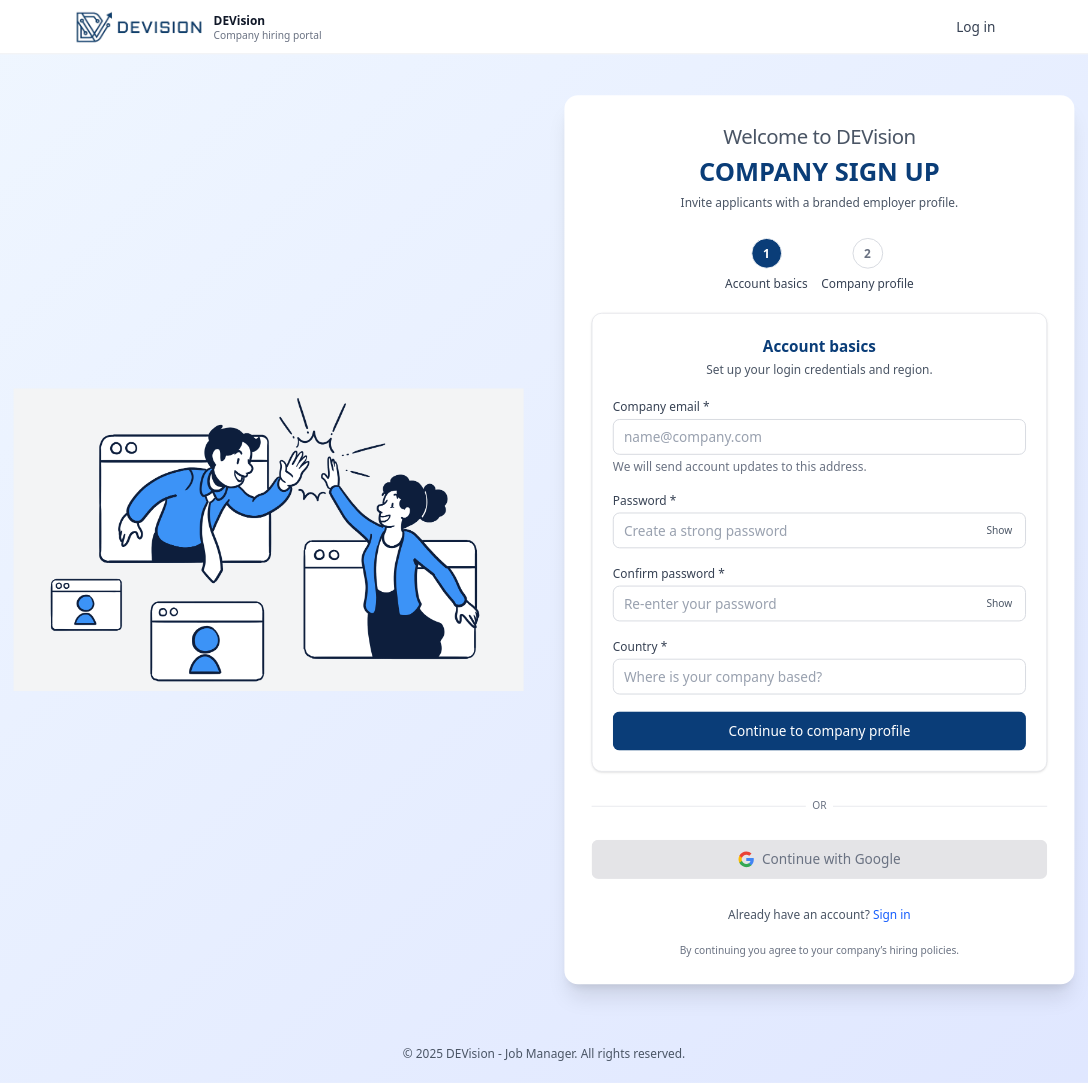
Repository: ISYS3461-2025C-Mulan-DEVision/JobManager_FE
Page: /register
The author's editor kept a copy of each file at every save. The page is drawn from the files as they stood at one save, then again after the next save.
The browser window is 1280 px wide. The pictures show the whole page, at 85% of full size.
The page's requests for data from a server got no answer. The project was rebuilt for these pictures with package versions that can differ from the ones it lists, and the page was loaded fresh each time. No one was signed in, and anything a server would have sent is missing. Also part of the build but not shown: vite.config.js, src/components/ui/Card/Card.tsx, src/components/ui/Spinner/Spinner.tsx, src/components/ui/Alert/Alert.tsx, src/pages/Home.tsx, src/components/headless/Table/Table.tsx, src/components/headless/Modal/Modal.tsx, src/components/feature/Authentication/CompanyLogin/CompanyLoginForm.tsx and 4 more.

Above is the page before, as saved 2025-12-12 16:45:48.

### index.html
<!doctype html>
<html lang="en">
  <head>
    <meta charset="UTF-8" />
    <link rel="icon" type="image/svg+xml" href="/logo/logo-icon.png" />
    <meta name="viewport" content="width=device-width, initial-scale=1.0" />
    <title>jobmanager-fe</title>
  </head>
  <body>
    <div id="root"></div>
    <script type="module" src="/src/main.jsx"></script>
  </body>
</html>

### src/main.tsx
import React, { StrictMode } from "react";
import { createRoot } from "react-dom/client";
import "./index.css";
import { BrowserRouter } from "react-router-dom";
import App from "./App.js";
import { Provider } from "react-redux";
import store from "./store/index.js";

const container = document.getElementById("root")!;
if (!container) {
    throw new Error("Root container not found");
} else {
    createRoot(container).render(
        <StrictMode>
            <Provider store={store}>
                <BrowserRouter>
                    <App />
                </BrowserRouter>
            </Provider>
        </StrictMode>,
    );
}

### src/index.css
@import "tailwindcss";

@theme {
  --color-heading: #0A3D78;
  --color-dark-blue: #1E293B;
  --color-background: #F8FAFC;
  --color-filled-button: #0A3D78;
}

html,
body {
    height: 100%;
}

:root {
    font-family: system-ui, -apple-system, Segoe UI, Roboto, Helvetica, Arial, sans-serif;
    line-height: 1.5;
    font-weight: 400;
    font-synthesis: none;
    text-rendering: optimizeLegibility;
    -webkit-font-smoothing: antialiased;
    -moz-osx-font-smoothing: grayscale;
}

body {
    margin: 0;
    min-width: 320px;
    min-height: 100vh;
    background: var(--color-background-color);
    color: #0f172a;
}


/* button {
    border-radius: 8px;
    border: 1px solid transparent;
    padding: 0.6em 1.2em;
    font-size: 1em;
    font-weight: 500;
    font-family: inherit;
    background-color: #1a1a1a;
    cursor: pointer;
    transition: border-color 0.25s;
}
button:hover {
    border-color: #646cff;
}
button:focus,
button:focus-visible {
    outline: 4px auto -webkit-focus-ring-color;
} */

### src/App.tsx
import { Routes, Route } from "react-router-dom";
import Home from "./pages/Home";
import LoginPage from "./pages/LoginPage";
import RegistrationPage from "./pages/RegistrationPage";
import AppHeader from "./components/common/AppHeader";

function App() {
    return (
        <div className="min-h-screen bg-background">
            <AppHeader />
            <main>
                <Routes>
                    <Route path="/" element={<Home />} />
                    <Route path="/login" element={<LoginPage />} />
                    <Route path="/register" element={<RegistrationPage />} />
                </Routes>
            </main>
        </div>
    );
}

export default App;

### src/store/index.ts
import configureStore from "./configureStore";
const store = configureStore();
export default store;

### src/pages/RegistrationPage.tsx
import React from "react";
import { CompanySignup } from "../components/feature/Authentication/CompanySignup";
import AuthLayout from "../layout/AuthLayout";

export default function RegistrationPage() {
    return (
        <AuthLayout
            sideContent={
                <div className="flex w-full items-center justify-center">
                    <img
                        src="/auth/background-login-left.png"
                        alt="Professionals collaborating during onboarding"
                        className="max-h-[600px] w-full object-contain"
                    />
                </div>
            }
        >
            <CompanySignup />
        </AuthLayout>
    );
}

### src/components/common/AppHeader.tsx
import { Link, useLocation } from "react-router-dom";
import { Button } from "../ui";

type AppHeaderProps = {
    className?: string;
};

export default function AppHeader({ className }: AppHeaderProps) {
    const location = useLocation();

    const pathname = location.pathname;
    const onLogin = pathname === "/login";
    const onRegister = pathname === "/register";

    return (
        <header className={className ?? ""}>
            <div className="h-16 border-b border-gray-200 bg-white">
                <div className="mx-auto flex h-full max-w-6xl items-center justify-between px-6">
                    <Link to="/" className="flex items-center gap-3">
                        <img src="/logo/logo.png" alt="DEVision" className="h-9 w-auto" />
                        <div className="leading-tight">
                            <div className="text-sm font-semibold text-gray-900">DEVision</div>
                            <div className="text-xs text-gray-500">Company hiring portal</div>
                        </div>
                    </Link>

                    <nav className="flex items-center gap-3">
                        {!onLogin && (
                            <Link to="/login" className="inline-flex">
                                <Button variant="ghost">Log in</Button>
                            </Link>
                        )}
                        {!onRegister && (
                            <Link to="/register" className="inline-flex">
                                <Button>Get started</Button>
                            </Link>
                        )}
                    </nav>
                </div>
            </div>
        </header>
    );
}

### src/store/configureStore.ts
import { createStore, applyMiddleware, Store } from "redux";
import { createLogger } from "redux-logger";
import createSagaMiddleware from "redux-saga";
import { enableBatching } from "redux-batched-actions";
import createReducer from "./reducers";
import rootSaga from "./saga";

const configureStore = (initialState = {}): Store => {
    const rootReducer = createReducer();
    const sagaMiddleware = createSagaMiddleware();

    const middlewares = [sagaMiddleware];

    const isDev = import.meta.env.VITE_NODE_ENV === "development";

    if (isDev) {
        const loggerMiddleware = createLogger({
            collapsed: () => true,
        });
        (middlewares as any[]).push(loggerMiddleware);
    }

    const store = createStore(
        enableBatching(rootReducer),
        initialState,
        applyMiddleware(...middlewares),
    );

    sagaMiddleware.run(rootSaga);

    return store;
};

export default configureStore;

### src/components/ui/index.ts
// UI Components - Presentational components with styling
export * from "./Button";
export * from "./Input";
export * from "./Card";
export * from "./Spinner";
export * from "./Alert";
export * from "./GoogleLogo";

### src/layout/AuthLayout.tsx
import clsx from 'clsx';
import { ReactNode } from 'react';

interface AuthLayoutProps {
    children: ReactNode;
    sideContent?: ReactNode;
}

const AuthLayout = ({ children, sideContent }: AuthLayoutProps) => {
    const showSplitLayout = Boolean(sideContent);

    return (
        <div className="min-h-[calc(100vh-4rem)] flex flex-col bg-gradient-to-br from-blue-50 to-indigo-100">
            <main
                className={clsx(
                    'flex-1 flex px-4 py-12 items-center justify-center',
                    showSplitLayout && 'md:justify-between md:gap-12'
                )}
            >
                {showSplitLayout && (
                    <div className="hidden md:flex w-full md:w-1/2 items-center justify-start">
                        {sideContent}
                    </div>
                )}

                <div
                    className={clsx(
                        'flex w-full items-center',
                        showSplitLayout ? 'md:w-1/2 justify-end' : 'justify-center'
                    )}
                >
                    <div
                        className={clsx(
                            'w-full max-w-xl',
                            showSplitLayout && 'md:max-w-none'
                        )}
                    >
                        <div className="bg-white rounded-2xl shadow-xl p-8">
                            {children}
                        </div>
                    </div>
                </div>
            </main>

            <footer className="py-6 px-4">
                <div className="max-w-md mx-auto text-center">
                    <p className="text-sm text-gray-600">
                        © {new Date().getFullYear()} DEVision - Job Manager. All rights reserved.
                    </p>
                </div>
            </footer>
        </div>
    );
};

export default AuthLayout;

### src/components/feature/Authentication/CompanySignup/index.ts
export { CompanySignup } from "./CompanySignup.tsx";
export { CompanySignupForm } from "./CompanySignupForm.tsx";
export type { SignupPayload, SignupResponse, AuthError, SignupMethod } from "./types";

### src/store/reducers.ts
import { combineReducers } from "redux";
import { reducers } from "../redux";
import _ from "lodash";

const appReducer = combineReducers(reducers);
export default function createReducer() {
    const rootReducer = (state, action) => {
        if (action.type === "FORCE_UPDATE_GLOBAL_STATE") {
            return appReducer(_.cloneDeep(action.payload), action as never);
        }
        return appReducer(state, action as never);
    };

    return rootReducer;
}

### src/store/saga.ts
import { all, fork } from "redux-saga/effects";
import { sagas } from "../redux";

export default function* rootSaga() {
    yield all([...Object.values(sagas)].map(fork));
}

### src/components/ui/Button/index.ts
export { Button } from "./Button";
export type { ButtonProps } from "./Button";

### src/components/ui/Input/index.ts
export { Input } from "./Input";
export type { InputProps } from "./Input";

### src/components/ui/Card/index.ts
export { Card, CardHeader, CardBody, CardFooter } from "./Card";
export type { CardProps } from "./Card";

### src/components/ui/Spinner/index.ts
export { Spinner } from "./Spinner";
export type { SpinnerProps } from "./Spinner";

### src/components/ui/Alert/index.ts
export { Alert } from "./Alert";
export type { AlertProps } from "./Alert";

### src/components/ui/GoogleLogo/index.ts
export { GoogleLogo } from "./GoogleLogo";
export type { GoogleLogoProps } from "./GoogleLogo";

### src/components/feature/Authentication/CompanySignup/CompanySignup.tsx
import React from "react";
import { HeadlessForm } from "@/components/headless";
import { CompanySignupForm } from "./CompanySignupForm.tsx";
import { useCompanySignup } from "./hooks/useCompanySignup";
import { SignupPayload } from "./types";
import { validateSignupForm } from "./validation.ts";

export const CompanySignup: React.FC = () => {
    const { signup, isLoading, error } = useCompanySignup();
    const initialValues: SignupPayload = {
        email: "",
        password: "",
        confirmPassword: "",
        country: "",
        companyName: "",
        phoneNumber: "",
        address: "",
        companyLogo: null,
        signupMethod: "credentials",
    };

    return (
        <HeadlessForm<SignupPayload>
            initialValues={initialValues}
            onSubmit={signup}
            validate={validateSignupForm}
            className="w-full"
        >
            {(formProps) => (
                <CompanySignupForm
                    {...formProps}
                    isLoading={isLoading}
                    error={error}
                />
            )}
        </HeadlessForm>
    );
};

### src/redux/index.ts
const loadModules = (modules: Record<string, any>, hasDefault = false) =>
    Object.entries(modules).map(([path, mod]) => {
        const parts = path.split("/");
        return {
            name: parts.at(-1)!.replace(".js", "").toUpperCase(),
            key: parts.at(-2)!,
            data: hasDefault ? mod.default : mod,
        };
    });

const rawActions = loadModules(
    import.meta.glob("./**/actions.ts", { eager: true }),
    true,
);

const rawTypes = loadModules(
    import.meta.glob("./**/types.ts", { eager: true }),
    false,
);

const rawReducers = loadModules(
    import.meta.glob("./**/reducer.ts", { eager: true }),
    true,
);

const rawSagas = loadModules(
    import.meta.glob("./**/saga.ts", { eager: true }),
    false,
);

// Final exports
export const actions = rawActions.reduce((p, e) => ({ ...p, ...e.data }), {});
export const types = rawTypes.reduce((p, e) => ({ ...p, ...e.data }), {});
export const reducers = rawReducers.reduce(
    (p, e) => ({ ...p, [e.key]: e.data }),
    {},
);
export const sagas = rawSagas.reduce((p, e) => ({ ...p, ...e.data }), {});

### src/components/ui/GoogleLogo/GoogleLogo.tsx
import React from "react";
import clsx from "clsx";

export interface GoogleLogoProps {
    size?: "sm" | "md" | "lg";
    className?: string;
}

export const GoogleLogo: React.FC<GoogleLogoProps> = ({
    size = "md",
    className,
}) => {
    const sizeClasses = {
        sm: "w-4 h-4",
        md: "w-5 h-5",
        lg: "w-6 h-6",
    };

    return (
        <svg
            className={clsx(sizeClasses[size], className)}
            viewBox="0 0 24 24"
            xmlns="http://www.w3.org/2000/svg"
        >
            <path
                d="M22.56 12.25c0-.78-.07-1.53-.2-2.25H12v4.26h5.92c-.26 1.37-1.04 2.53-2.21 3.31v2.77h3.57c2.08-1.92 3.28-4.74 3.28-8.09z"
                fill="#4285F4"
            />
            <path
                d="M12 23c2.97 0 5.46-.98 7.28-2.66l-3.57-2.77c-.98.66-2.23 1.06-3.71 1.06-2.86 0-5.29-1.93-6.16-4.53H2.18v2.84C3.99 20.53 7.7 23 12 23z"
                fill="#34A853"
            />
            <path
                d="M5.84 14.09c-.22-.66-.35-1.36-.35-2.09s.13-1.43.35-2.09V7.07H2.18C1.43 8.55 1 10.22 1 12s.43 3.45 1.18 4.93l2.85-2.22.81-.62z"
                fill="#FBBC05"
            />
            <path
                d="M12 5.38c1.62 0 3.06.56 4.21 1.64l3.15-3.15C17.45 2.09 14.97 1 12 1 7.7 1 3.99 3.47 2.18 7.07l3.66 2.84c.87-2.6 3.3-4.53 6.16-4.53z"
                fill="#EA4335"
            />
        </svg>
    );
};

### src/components/headless/index.ts
// Headless Components - Logic without UI
export { HeadlessForm } from "./Form";
export { HeadlessTable } from "./Table";
export { useTable } from "./Table/useTable";
export { HeadlessModal } from "./Modal";

// Types
export * from "./types";
export type { TableColumn } from "./Table/useTable";

### src/components/feature/Authentication/CompanySignup/hooks/useCompanySignup.ts
import { useState } from "react";
import AuthService, { SignupPayload } from "../../api/AuthService.ts";

export const useCompanySignup = () => {
    const [isLoading, setIsLoading] = useState(false);
    const [error, setError] = useState<string | null>(null);

    const signup = async (formData: SignupPayload) => {
        setIsLoading(true);
        setError(null);

        try {
            await AuthService.signupCompany(formData);
            // Handle success (e.g., redirect, store token)
            console.log("Signup successful");
        } catch (err) {
            setError("Failed to sign up. Please try again.");
            console.error(err);
        } finally {
            setIsLoading(false);
        }
    };

    return {
        signup,
        isLoading,
        error,
    };
};

### src/redux/app/actions.ts
import * as types from "./type";

const setLoading = (payload: boolean) => ({ type: types.SET_LOADING, payload });
const setError = (payload: string | null) => ({
    type: types.SET_ERROR,
    payload,
});
const setInitialized = (payload: boolean) => ({
    type: types.SET_INITIALIZED,
    payload,
});
const reset = () => ({ type: types.RESET });

const toggleLoadingAsync = (payload: boolean) => ({
    type: types.TOGGLE_LOADING_ASYNC,
    payload,
});

export default {
    setLoading,
    setError,
    setInitialized,
    reset,
    toggleLoadingAsync,
};

### src/redux/app/reducer.ts
import * as types from "./type";
export interface AppState {
    loading: boolean;
    error: string | null;
    initialized?: boolean;
    test: string;
}

const INITIAL_STATE: AppState = {
    loading: true,
    error: null,
    initialized: false,
    test: "test",
};

type Action = { type: string; payload?: any };

export default function appReducer(
    state: AppState = INITIAL_STATE,
    action: Action,
): AppState {
    switch (action.type) {
        case types.SET_LOADING:
            return { ...state, loading: !!action.payload };
        case types.SET_ERROR:
            return { ...state, error: action.payload ?? null, loading: false };
        case types.SET_INITIALIZED:
            return { ...state, initialized: !!action.payload };
        case types.RESET:
            return { ...INITIAL_STATE };
        default:
            return state;
    }
}

### src/redux/app/saga.ts
import { takeEvery, put, delay } from "redux-saga/effects";
import * as types from "./type";
import actions from "./actions";

function* handleToggleLoading(action: any) {
    yield delay(300);
    yield put(actions.setLoading(action.payload));
}

export function* watchToggleLoading() {
    yield takeEvery(types.TOGGLE_LOADING_ASYNC, handleToggleLoading);
}

### src/components/headless/Form/index.ts
export { HeadlessForm } from "./Form";

### src/components/headless/Table/index.ts
export { HeadlessTable } from "./Table";
export { useTable } from "./useTable";
export type { TableColumn } from "./useTable";

### src/components/headless/Modal/index.ts
export { HeadlessModal } from "./Modal";

### src/redux/app/type.ts
const prefix = "APP/";

export const SET_LOADING = `${prefix}SET_LOADING`;
export const SET_ERROR = `${prefix}SET_ERROR`;
export const SET_INITIALIZED = `${prefix}SET_INITIALIZED`;
export const RESET = `${prefix}RESET`;

// test async action
export const TOGGLE_LOADING_ASYNC = `${prefix}TOGGLE_LOADING_ASYNC`;

Loaded but not shown: src/components/feature/Authentication/CompanySignup/CompanySignupForm.tsx (688 lines, source omitted); src/components/ui/Button/Button.tsx (81 lines, source omitted); src/components/headless/Form/Form.tsx (93 lines, source omitted); src/components/ui/Input/Input.tsx (62 lines, source omitted); src/components/feature/Authentication/CompanySignup/validation.ts (70 lines, source omitted); src/components/headless/types.ts (71 lines, source omitted); src/components/feature/Authentication/api/AuthService.ts (65 lines, source omitted); src/components/headless/Table/useTable.ts (76 lines, source omitted)

After the next save:
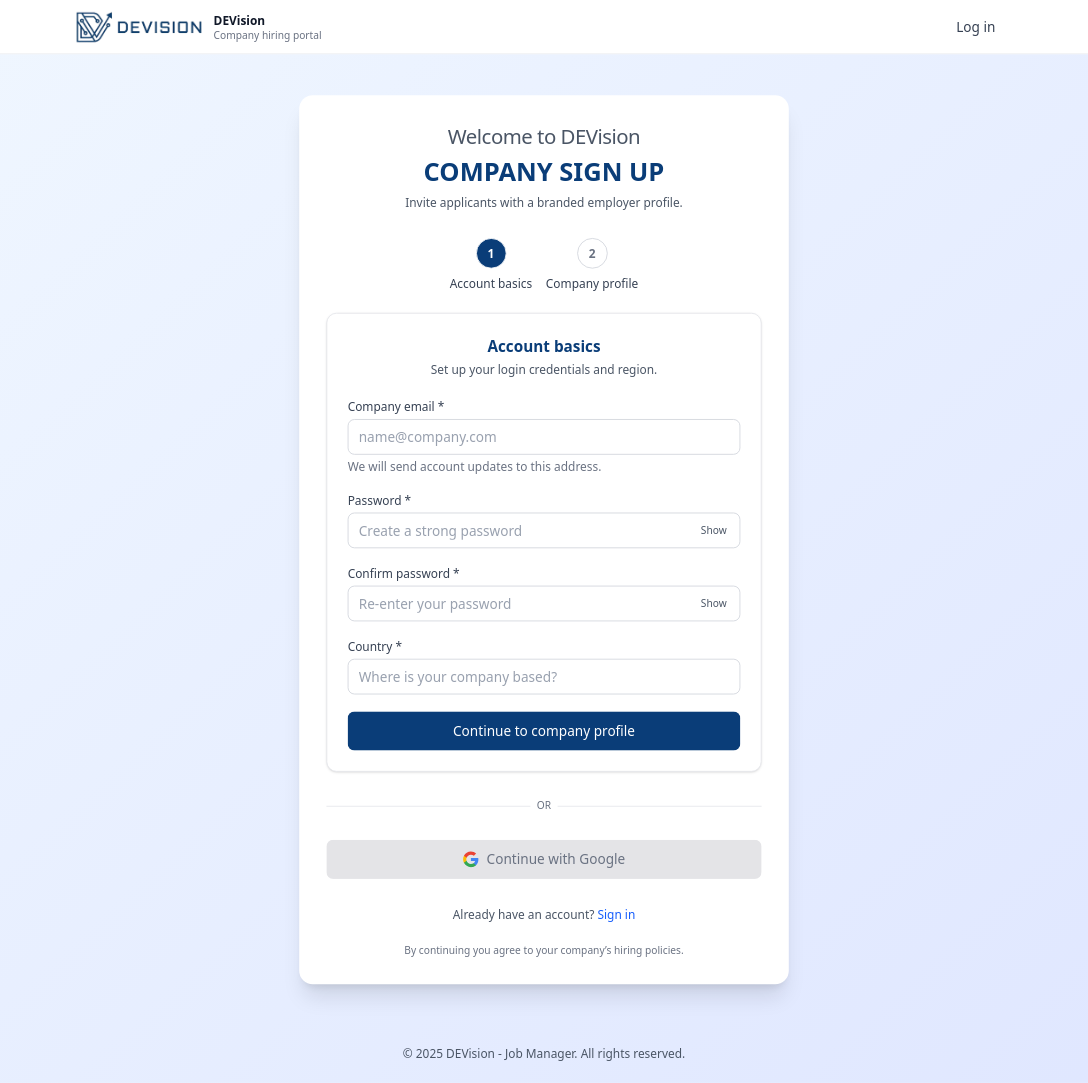
Saved 3 min 51 s later.
--- a/src/pages/RegistrationPage.tsx
+++ b/src/pages/RegistrationPage.tsx
@@ -4,17 +4,7 @@ import AuthLayout from "../layout/AuthLayout";
 
 export default function RegistrationPage() {
     return (
-        <AuthLayout
-            sideContent={
-                <div className="flex w-full items-center justify-center">
-                    <img
-                        src="/auth/background-login-left.png"
-                        alt="Professionals collaborating during onboarding"
-                        className="max-h-[600px] w-full object-contain"
-                    />
-                </div>
-            }
-        >
+        <AuthLayout>
             <CompanySignup />
         </AuthLayout>
     );
--- a/src/layout/AuthLayout.tsx
+++ b/src/layout/AuthLayout.tsx
@@ -1,47 +1,32 @@
-import clsx from 'clsx';
 import { ReactNode } from 'react';
 
 interface AuthLayoutProps {
     children: ReactNode;
-    sideContent?: ReactNode;
 }
 
-const AuthLayout = ({ children, sideContent }: AuthLayoutProps) => {
-    const showSplitLayout = Boolean(sideContent);
-
+const AuthLayout = ({ children }: AuthLayoutProps) => {
     return (
         <div className="min-h-[calc(100vh-4rem)] flex flex-col bg-gradient-to-br from-blue-50 to-indigo-100">
-            <main
-                className={clsx(
-                    'flex-1 flex px-4 py-12 items-center justify-center',
-                    showSplitLayout && 'md:justify-between md:gap-12'
-                )}
-            >
-                {showSplitLayout && (
-                    <div className="hidden md:flex w-full md:w-1/2 items-center justify-start">
-                        {sideContent}
-                    </div>
-                )}
 
-                <div
-                    className={clsx(
-                        'flex w-full items-center',
-                        showSplitLayout ? 'md:w-1/2 justify-end' : 'justify-center'
-                    )}
-                >
-                    <div
-                        className={clsx(
-                            'w-full max-w-xl',
-                            showSplitLayout && 'md:max-w-none'
-                        )}
-                    >
+            {/* Centered Content Panel */}
+            <main className="flex-1 flex items-center justify-center px-4 py-12">
+                {/* <div className="flex-1 flex items-center justify-center">
+                    <img src="/auth/background-login-left.png" alt="Left background" className="h-150 w-150 object-contain" />
+                </div> */}
+                <div className="flex items-center justify-center w-full max-w-xl">
+                    <div className="w-full max-w-xl">
+                        {/* Card wrapper for the form */}
                         <div className="bg-white rounded-2xl shadow-xl p-8">
                             {children}
                         </div>
                     </div>
                 </div>
+                {/* <div className="flex-1 flex items-center justify-center">
+                    <img src="/auth/background-login-right.png" alt="Right background" className="h-150 w-150 object-contain" />
+                </div> */}
             </main>
 
+            {/* Simple Footer - Copyright only */}
             <footer className="py-6 px-4">
                 <div className="max-w-md mx-auto text-center">
                     <p className="text-sm text-gray-600">
@@ -49,7 +34,7 @@ const AuthLayout = ({ children, sideContent }: AuthLayoutProps) => {
                     </p>
                 </div>
             </footer>
-        </div>
+        </div >
     );
 };
 
